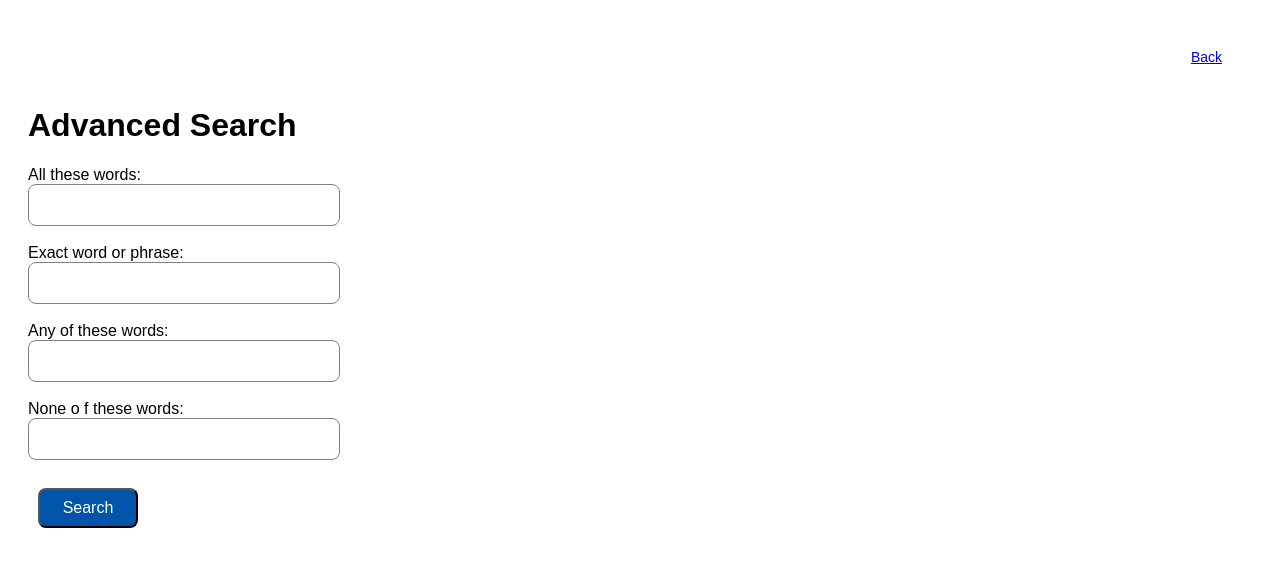
Repository: lyutok/cs50-search-project
Page: advanced.html
These files come from the project's save history. The page is drawn as it stood at one moment and after the next save; the edit follows.
The browser window is 1280 px wide. The pictures show the whole page.
The style sheet was rebuilt from its Sass, Less or Tailwind sources for each picture, by a compiler version that may differ from the author's.

Above is the page before, as saved 2025-07-08 19:09:10.

After the next save:
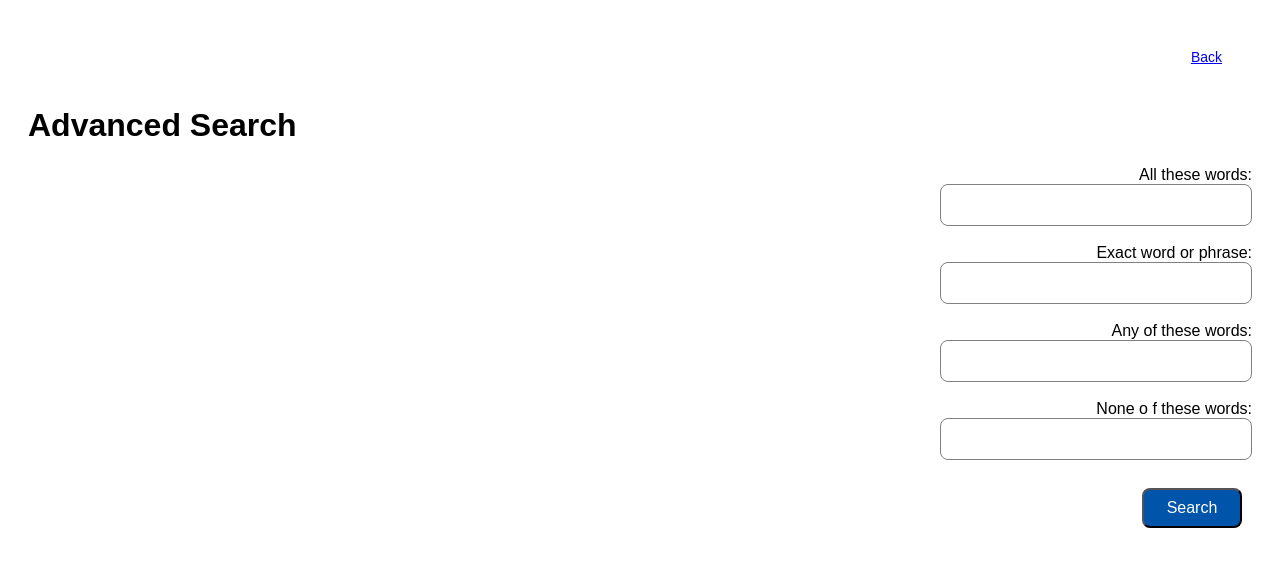
Saved 27 s later.
--- a/advanced.html
+++ b/advanced.html
@@ -10,7 +10,7 @@
         <a href="google.html">Back</a>
     </div>
     <h1>Advanced Search</h1>
-    <form action="https://www.google.com/search" style="display: flex; flex-direction: column; align-items: flex-start;">
+    <form action="https://www.google.com/search" style="display: flex; flex-direction: column; align-items: flex-end;">
         <label for="all-words">All these words:</label>
         <input type="text" id="all-words" name="as_q">
         <br>

After the save that followed:
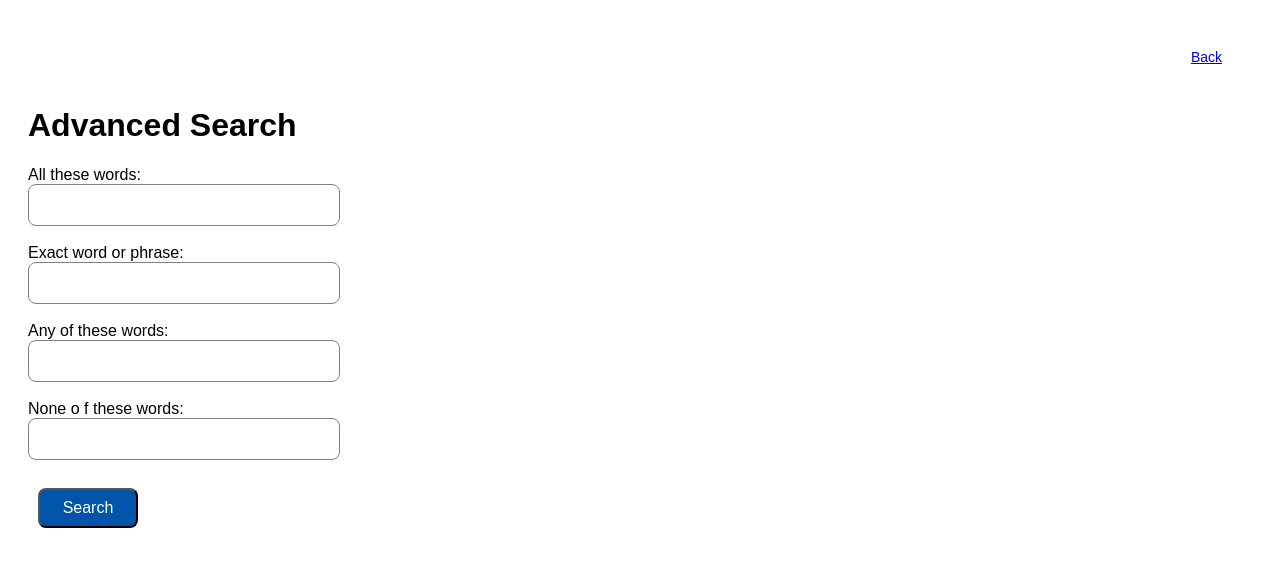
Saved 12 s later.
--- a/advanced.html
+++ b/advanced.html
@@ -10,7 +10,7 @@
         <a href="google.html">Back</a>
     </div>
     <h1>Advanced Search</h1>
-    <form action="https://www.google.com/search" style="display: flex; flex-direction: column; align-items: flex-end;">
+    <form action="https://www.google.com/search" style="display: flex; flex-direction: column; align-items: flex-start;">
         <label for="all-words">All these words:</label>
         <input type="text" id="all-words" name="as_q">
         <br>
